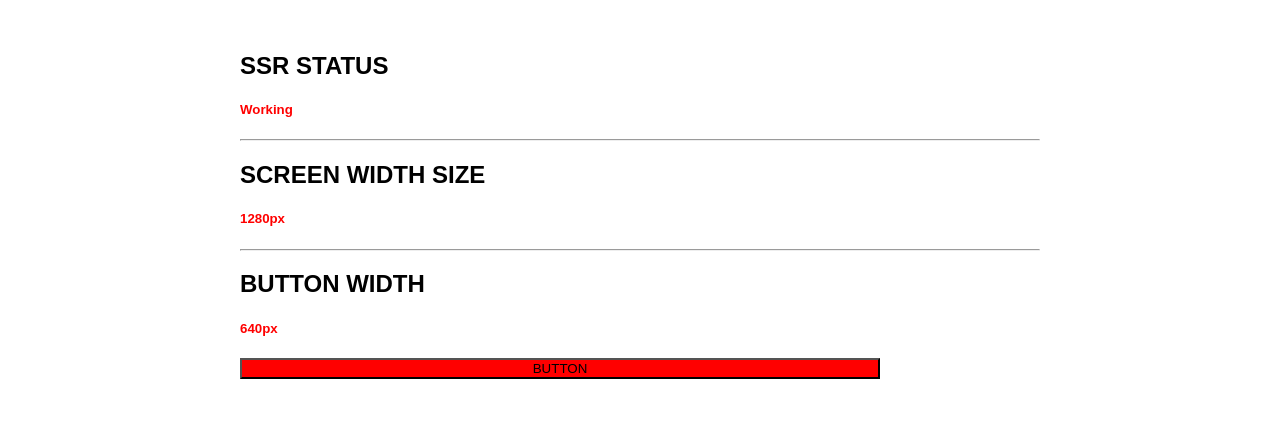
Repository: adrihle/screen-detector-nextpwa
Page: /
These files come from the project's save history. The page is drawn as it stood at one moment and after the next save; the edit follows.
The browser window is 1280 px wide. The pictures show the whole page.
The project was rebuilt for these pictures with package versions that can differ from the ones it lists, and the page was loaded fresh each time. The framework's server and built-in components were replaced by stand-ins that run in the browser. Imported but missing from the stored project, and not drawn on this page: pages/_document.

Above is the page before, as saved 2020-12-28 14:01:31.

### pages/_app.js
import App, { Container } from "next/app";
import Head from "next/head";
import styled, { createGlobalStyle } from "styled-components";
import { title } from "./_document";

// Any global CSS variables and selectors we want
const GlobalStyle = createGlobalStyle`
  :root {
    --padding: 2rem;
    --max-width: 50rem;
  }

  body {
    background: var(--background--1);
    font-family: 'PT Sans', sans-serif;
    margin: 0;
  }
`;

const Main = styled.main`
  margin: 0 auto;
  max-width: var(--max-width);
  padding: var(--padding);
`;

export default class MyApp extends App {
  static async getInitialProps({ Component, ctx }) {
    let pageProps = {};

    if (Component.getInitialProps) {
      pageProps = await Component.getInitialProps(ctx);
    }

    return { pageProps };
  }

  render() {
    const { Component, pageProps, router } = this.props;

    return (
      <>
        <Head>
          <title>{title}</title>
        </Head>
        <Container>
          <Main>
            <Component {...pageProps} router={router} />
          </Main>
          <GlobalStyle />
        </Container>
      </>
    );
  }
}

### pages/index.js
import { useEffect, useState } from 'react'
import ScreenSizeLayout from '../components/layouts/ScreenSizeLayout'


const Index = ({ server }) => {

  const [size, setSize] = useState()


  useEffect(() => {
    const handleSize = () => setSize(window.innerWidth)
    handleSize()
    window.addEventListener('resize', handleSize)
    return () => {window.removeEventListener('resize', handleSize)}
  },[])

  const width = size + 'px'

  const btnWidth = size / 2

  return (
    <ScreenSizeLayout>
        <h2>SSR STATUS</h2>
        <h5 style={{color:'red'}}>{server ? 'Working' : 'Not Working'}</h5>
        <hr />
        <h2>SCREEN WIDTH SIZE</h2>
        <h5 style={{color:'red'}}>{width}</h5>
        <hr/>
        {size>240 && (
          <>
            <h2>BUTTON WIDTH</h2>
            <h5 style={{color:'red'}}>{`${btnWidth}px`}</h5>
            <button style={{background:'red', width:btnWidth}}>BUTTON</button>
          </>
        )}
    </ScreenSizeLayout>
  )
}

Index.getInitialProps = async function() {
  return {
    server: true,
  }
};

export default Index;

### components/layouts/ScreenSizeLayout.tsx
const ScreenSizeLayout = ({ children }) => {
    return (
        <>
            {children}
        </>
    )
}

export default ScreenSizeLayout

After the next save:
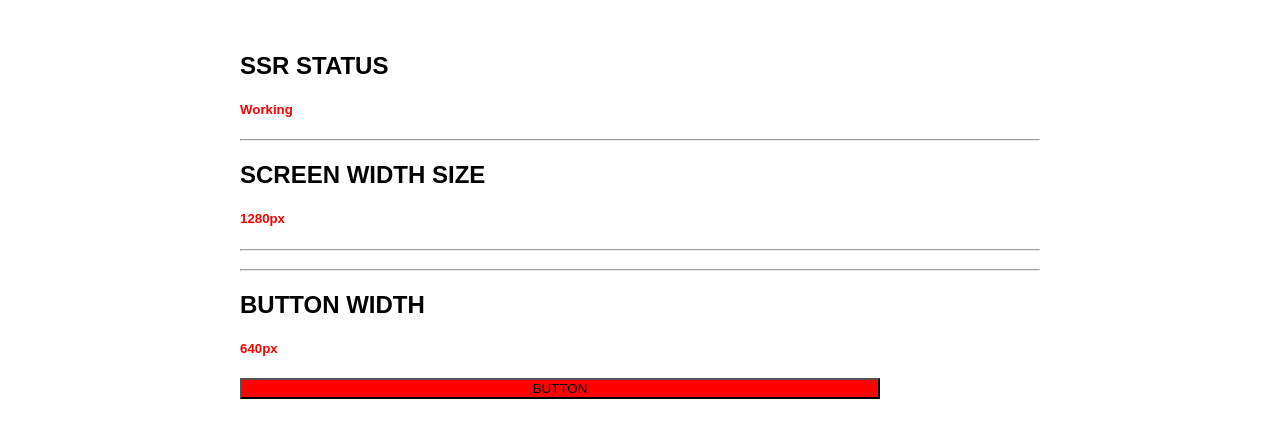
Saved 82 s later.
--- a/pages/index.js
+++ b/pages/index.js
@@ -2,7 +2,7 @@ import { useEffect, useState } from 'react'
 import ScreenSizeLayout from '../components/layouts/ScreenSizeLayout'
 
 
-const Index = ({ server }) => {
+const Index = ({ server, ss }) => {
 
   const [size, setSize] = useState()
 
@@ -26,6 +26,8 @@ const Index = ({ server }) => {
         <h2>SCREEN WIDTH SIZE</h2>
         <h5 style={{color:'red'}}>{width}</h5>
         <hr/>
+        <h3>{ss}</h3>
+        <hr/>
         {size>240 && (
           <>
             <h2>BUTTON WIDTH</h2>
